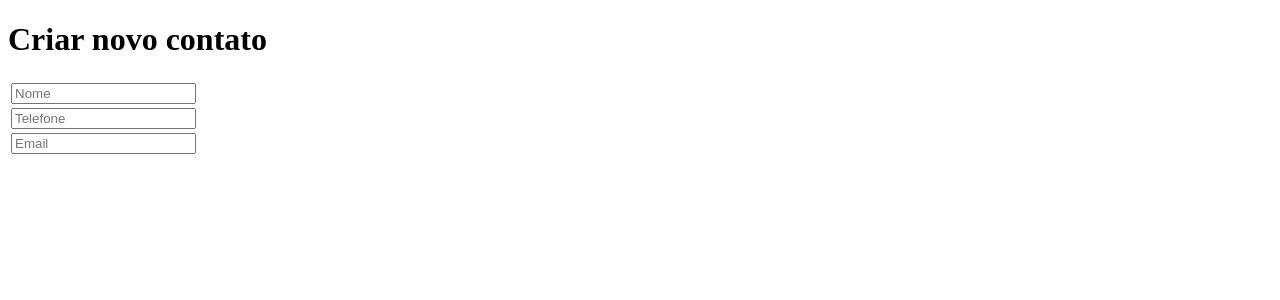
Repository: Rafabonner/AgendaJava
Page: agenda/src/main/webapp/novo.html
These files come from the project's save history. The page is drawn as it stood at one moment and after the next save; the edit follows.
The browser window is 1280 px wide. The pictures show the whole page.

Above is the page before, as saved 2023-10-05 01:32:10.

### agenda/src/main/webapp/novo.html
<!DOCTYPE html>
<html lang="pt-br">
<head>
<meta charset="UTF-8">
<title>Insert title here</title>
</head>
<body>

<h1>Criar novo contato</h1>
<form name="frmContato" action="">
	<table>
		<tr>
			<td><input type="text" name="nome" placeholder="Nome"></td>
		</tr>
		<tr>
			<td><input type="text" name="fone" placeholder="Telefone"></td>
		</tr>
		<tr>
			<td><input type="text" name="email" placeholder="Email"></td>
		</tr>
	</table>
</form>

</body>
</html>

After the next save:
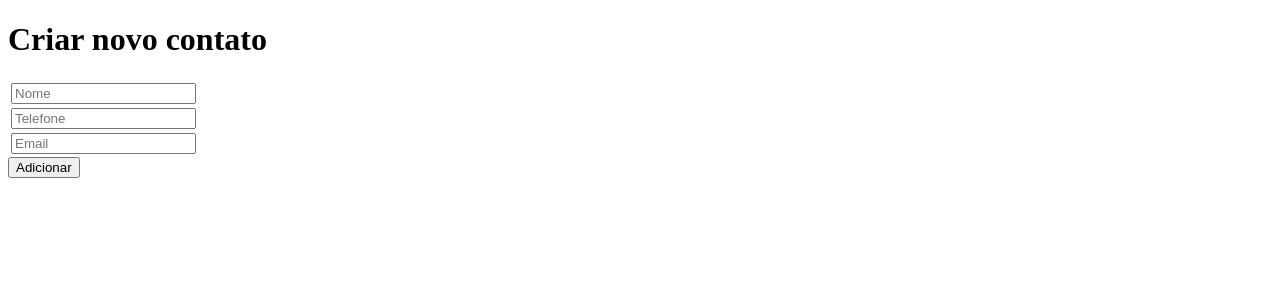
Saved 58 s later.
--- a/agenda/src/main/webapp/novo.html
+++ b/agenda/src/main/webapp/novo.html
@@ -19,6 +19,7 @@
 			<td><input type="text" name="email" placeholder="Email"></td>
 		</tr>
 	</table>
+	<input type="button" value="Adicionar">
 </form>
 
 </body>
